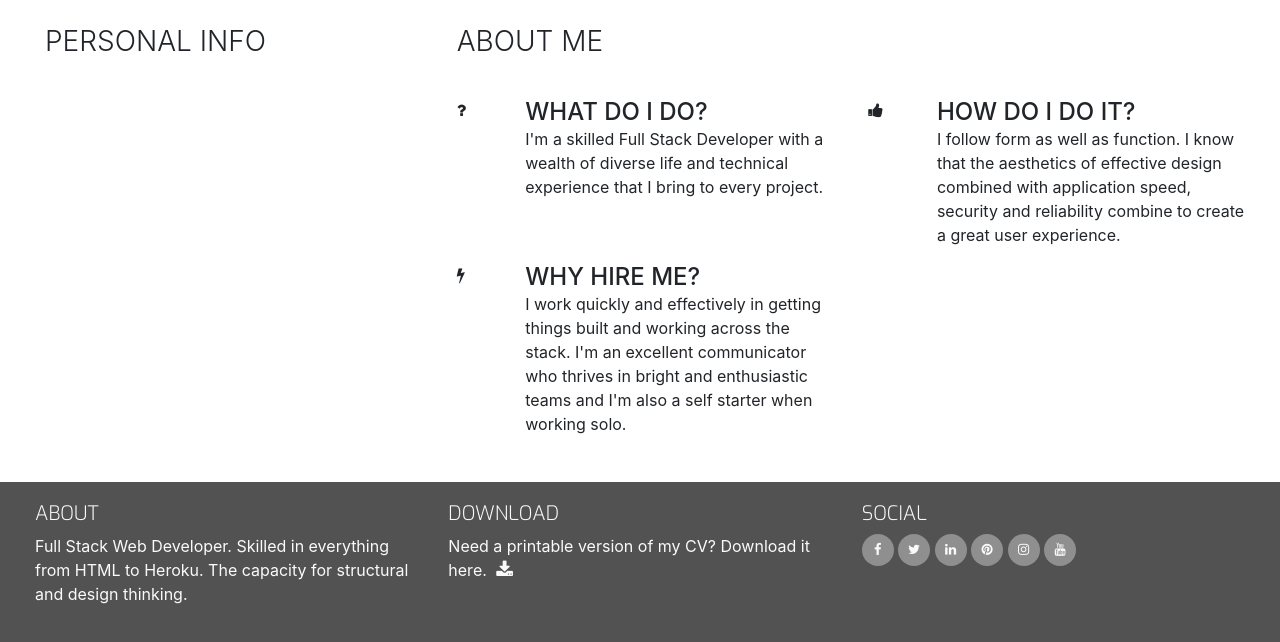
Repository: Davewalsh3/UCD-Resume
Page: index.html
The author's editor kept a record of every edit. The page is drawn from the files as they stood at one moment, then again after the next edit.
The browser window is 1280 px wide. The pictures show the part of the page from y = 369 to 1041 px (the page is 1011 px tall before and 1041 px after).
Some web libraries are served in a nearby version.

Above is the page before.

After the next edit:
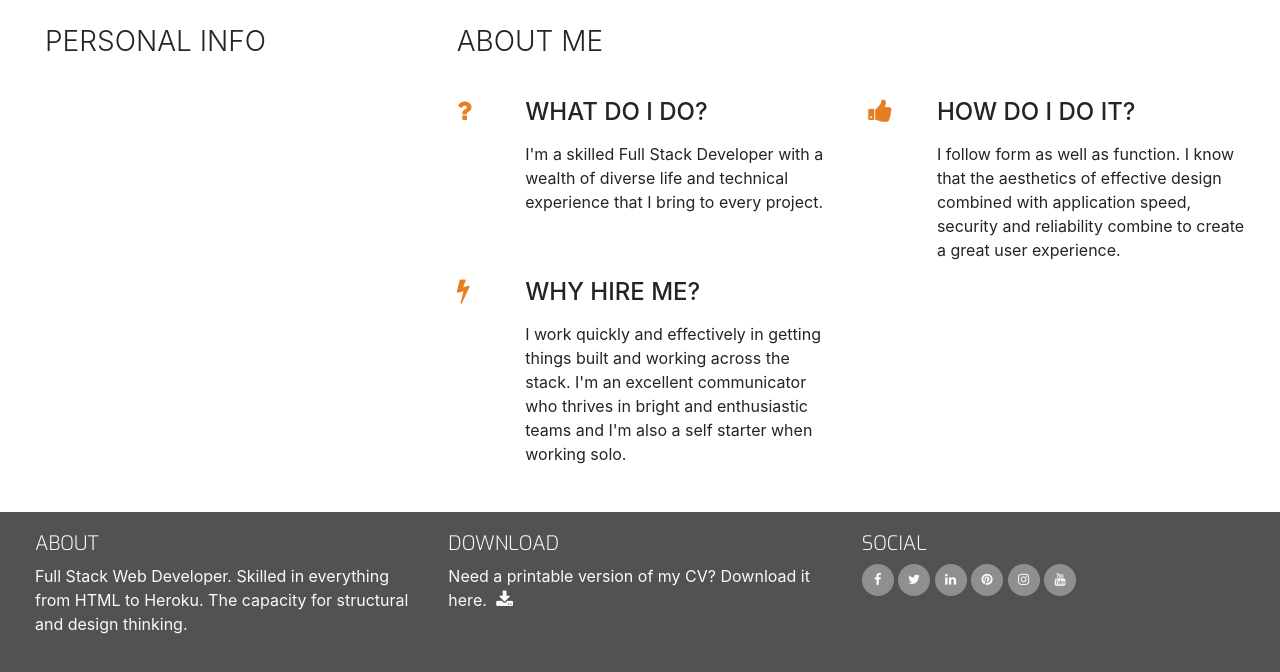
The edit:
--- a/assets/css/style.css
+++ b/assets/css/style.css
@@ -209,3 +209,11 @@
 #footer-details {
     padding: 20px;
 }
+/*-----------------Three Reasons*/
+.three-reasons-icon {
+    font-size:26px;
+    color:#e67e22;
+}
+.three-reasons-heading {
+    margin-bottom:15px;
+}
